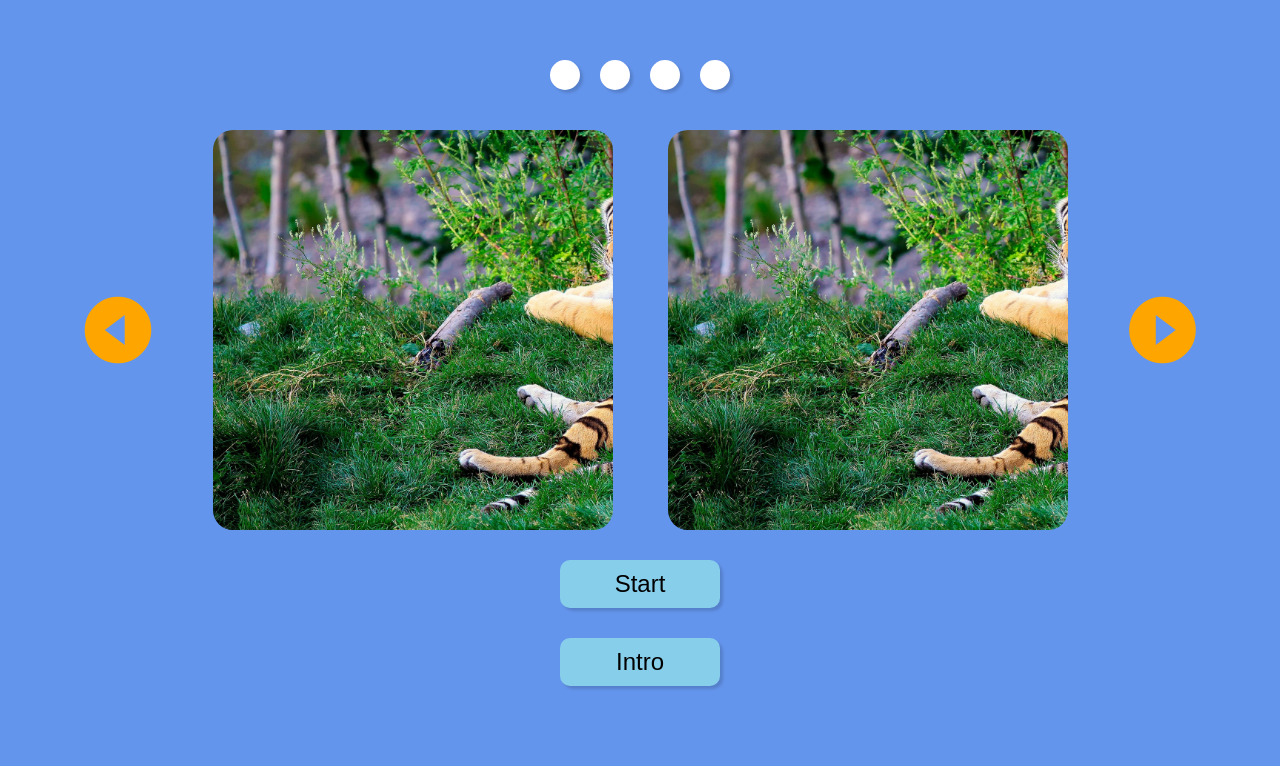
Repository: sylviaah/dynamicmidterm
Page: slider/slider.html
An editor plug-in stored every save of this project. The page is shown before and after the next save, followed by the edit.
The browser window is 1280 px wide. The pictures show the whole page.

Above is the page before, as saved 2020-03-13 13:07:26.

### slider/slider.html
<!DOCTYPE html>
<html>
    <html>
        <title>Slider</title>
        <link rel="stylesheet" href="slider.css">
        <link href="https://fonts.googleapis.com/icon?family=Material+Icons" rel="stylesheet">
    </html>
    <body>
        <div class="slider">
            <div class="slider_progress">
                <div class="progress 25"></div>
                <div class="progress 50"></div>
                <div class="progress 75"></div>
                <div class="progress 100"></div>
            </div>
            <div class="slider_slider">
                <i class="material-icons arrow_left" onclick="previous()">play_circle_filled</i>
                <div class="image_div img1">
                    <img class="instructions_image" src="imgs/img1.jpg" alt="">
                </div>
                <div class="image_div img2">
                    <img class="instructions_image" src="imgs/img1.jpg" alt="">
                </div>
                <i class="material-icons arrow_right" onclick="next()">play_circle_filled</i>
            </div>
            <div class="slider_menu">
                <div class="menu_start">Start</div>
                <div class="menu_intro">Intro</div>
            </div>
        </div>
        <script src="slider.js"></script>
    </body>
</html>

### slider/slider.css
body,html {
    margin: 0;
    background-color: cornflowerblue;
}

.slider{
    padding: 50px;
    display: flex;
    flex-direction: column;
    align-items: center;
}

.slider_progress{
    display: flex;
    margin-bottom: 30px;
}

.slider_progress div{
    width: 30px;
    height: 30px;
    margin: 10px;
    background-color: white;
    border-radius: 50%;
    box-shadow: 3px 3px 3px rgb(0, 0, 0, 0.15);
}

.slider_slider{
    display: flex;
    width: 100%;
    align-items: center;
    justify-content: space-around;
}

.material-icons.arrow_left {
    /* visibility: hidden; */
    transform: rotate(180deg);
    font-size: 80px;
    color: orange;
}

.material-icons.arrow_right {
    visibility: visible;
    color: orange;
    font-size: 80px;
}

.image_div{
    width: 400px;
    height: 400px;
    overflow: hidden;
    border-radius: 20px;
}

.image_div img{
    object-fit: cover;
    height: 400px;
}

.menu_start, .menu_intro{
    display: flex;
    width: 100px;
    margin: 30px;
    justify-content: center;
    border-radius: 10px;
    padding: 10px 30px;
    background-color:skyblue;
    font-size: 18pt;
    font-family: Arial, Helvetica, sans-serif;
    box-shadow: 3px 3px 3px rgb(0, 0, 0, 0.15);
}

Loaded but not shown: slider/slider.js (no copy from this time; the picture is the same without it)

After the next save:
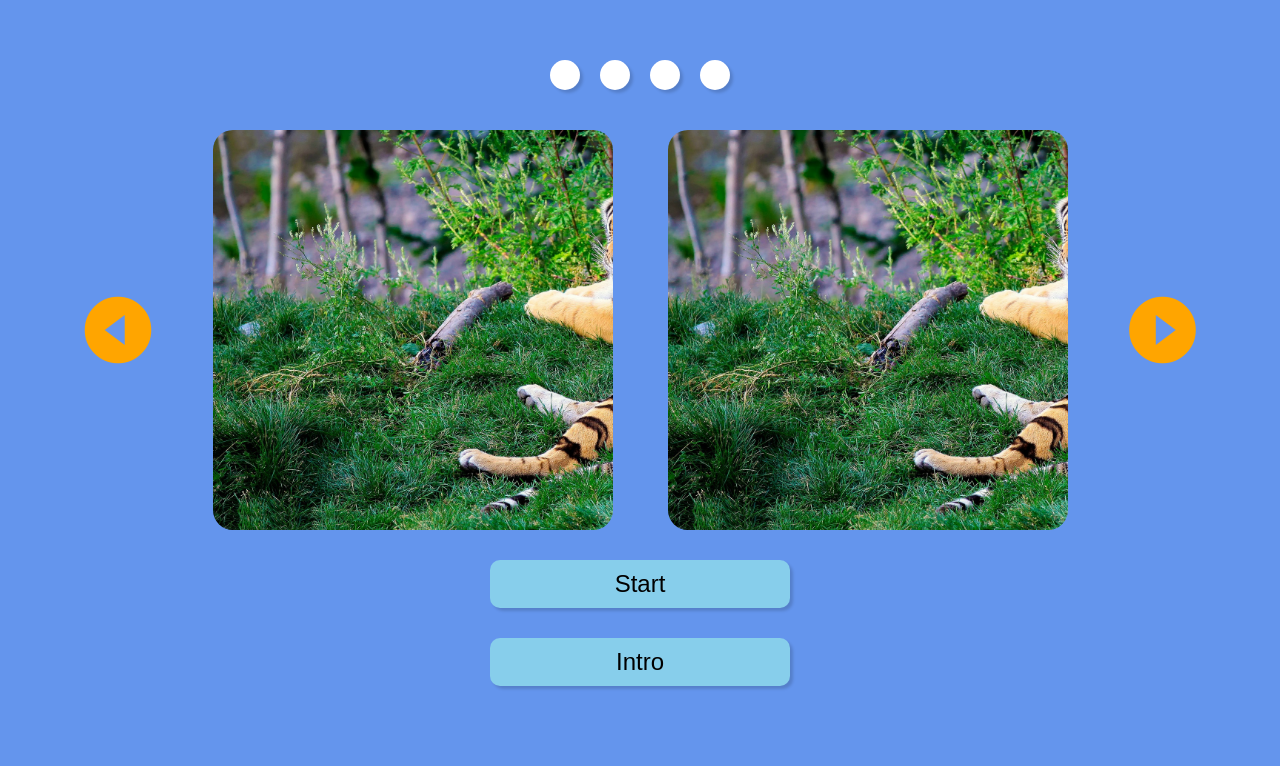
Saved 12 s later.
--- a/slider/slider.css
+++ b/slider/slider.css
@@ -62,7 +62,7 @@ body,html {
     margin: 30px;
     justify-content: center;
     border-radius: 10px;
-    padding: 10px 30px;
+    padding: 10px 100px;
     background-color:skyblue;
     font-size: 18pt;
     font-family: Arial, Helvetica, sans-serif;
